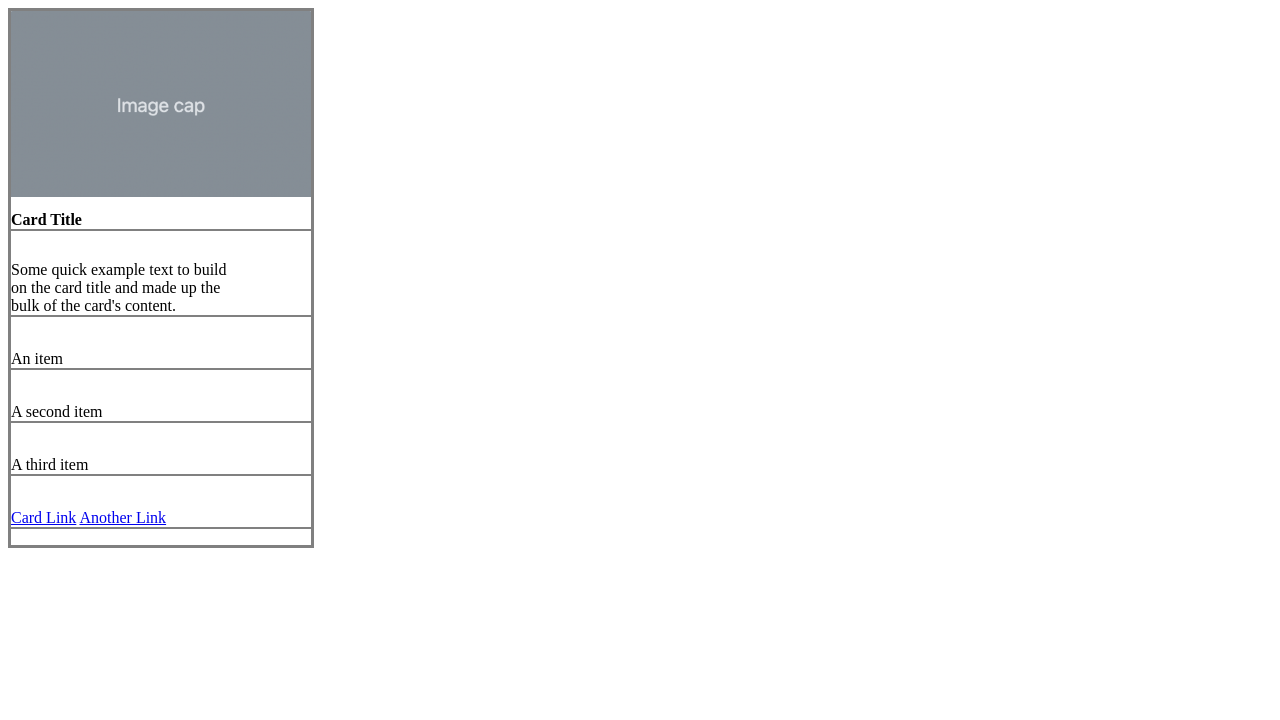
Repository: tr2cky/nav
Page: card.html
These files come from the project's save history. The page is drawn as it stood at one moment and after the next save; the edit follows.
The browser window is 1280 px wide. The pictures show the whole page.

Above is the page before, as saved 2022-09-27 16:22:57.

After the next save:
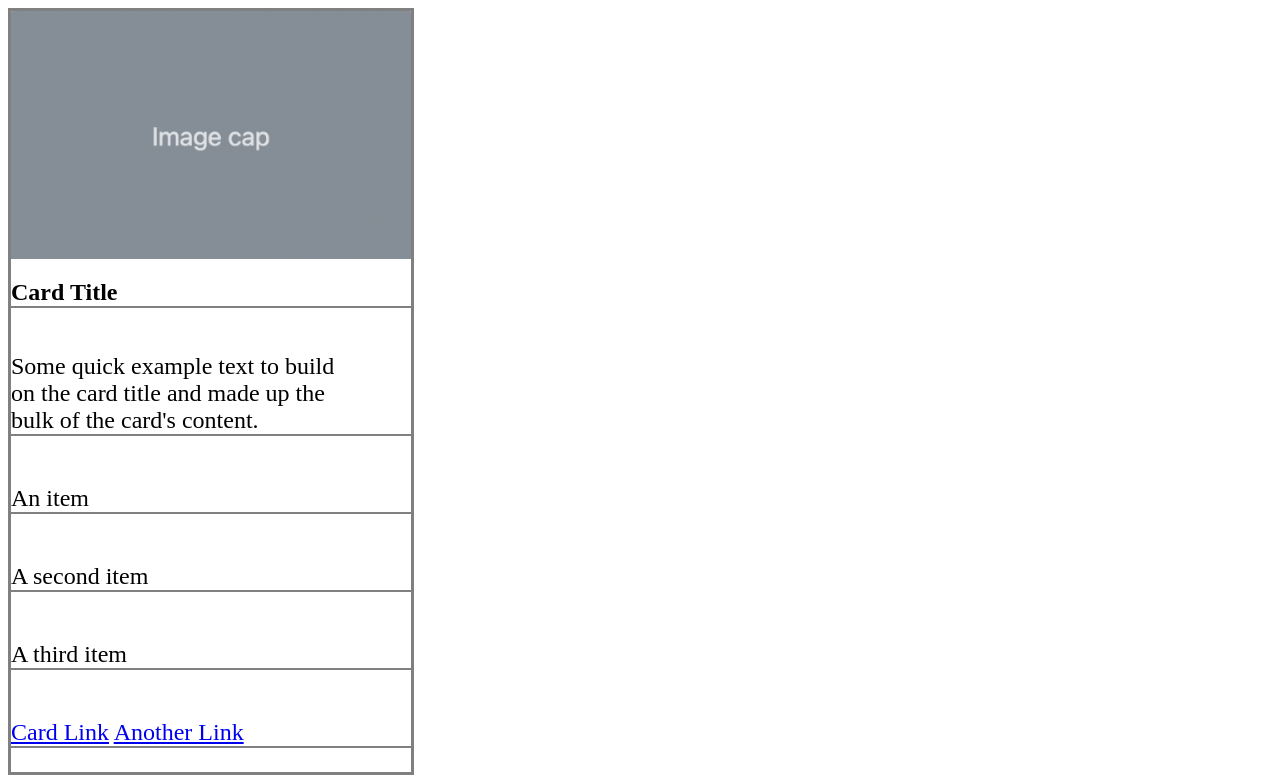
Saved 18 s later.
--- a/style.css
+++ b/style.css
@@ -2,13 +2,13 @@
     display: flex;
     flex-direction: column;
     border: 3px solid gray;
-    max-width: 300px;
+    max-width: 400px;
     gap: 1px;
 }
 .container > img {
-    width: 300px;
+    width: 400px;
 }
 .container > p, h2 {
-    font-size: 1rem;
+    font-size: 1.5rem;
     border-bottom: 2px solid gray;
 }
